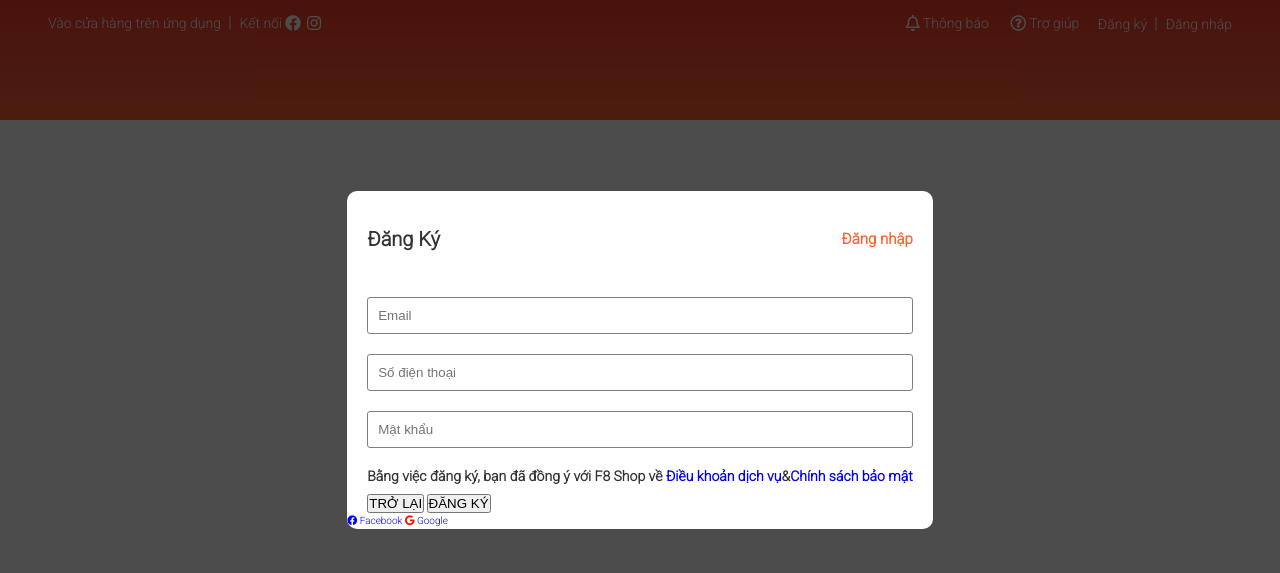
Repository: kebinh1235/Shopee-Demo
Page: index.html
An editor plug-in stored every save of this project. The page is shown before and after the next save, followed by the edit.
The browser window is 1280 px wide. The pictures show the whole page.

Above is the page before, as saved 2021-10-01 22:29:16.

### index.html
<!DOCTYPE html>
<html lang="en">

<head>
  <meta charset="UTF-8">
  <meta http-equiv="X-UA-Compatible" content="IE=edge">
  <meta name="viewport" content="width=device-width, initial-scale=1.0">
  <title>F8 Shop</title>
  <link rel="stylesheet" href="./asset/css/main.css">
  <link rel="stylesheet" href="./asset/css/base.css">
  <link rel="stylesheet" href="https://cdnjs.cloudflare.com/ajax/libs/font-awesome/5.15.4/css/all.min.css">
</head>

<body>
  <div class="app">
    <header class="header">
      <div class="grid">
        <nav class="header__navbar">
          <ul class="header__navbar-list">
            <li class="header__navbar-item header__item-separator">
              Vào cửa hàng trên ứng dụng
              <div class="header__navbar-QRCode">
                <div class="header__navbar-QRCode-img">
                  <img
                    src="https://upload.wikimedia.org/wikipedia/commons/thumb/d/d0/QR_code_for_mobile_English_Wikipedia.svg/1200px-QR_code_for_mobile_English_Wikipedia.svg.png"
                    alt="">
                </div>
                <div class="header__navbar-QRCode-social">
                  <a class="header__navbar-QRCode-link" href="#">
                    <i class="fab fa-google header__navbar-QRCode-icon-google"></i>
                    <span class="header__navbar-QRCode-title-google">Google</span>
                  </a>
                  <a class="header__navbar-QRCode-link" href="#">
                    <i class="fab fa-facebook header__navbar-QRCode-icon-facebook"></i>
                    <span class="header__navbar-QRCode-title-facebook">Facebook</span>
                  </a>
                </div>
              </div>
            </li>
            <li class="header__navbar-item">
              <span class="user__select-none">Kết nối</span>
              <a class="header__navbar-link-icon" href="#">
                <i class="fab fa-facebook header__navbar-icon"></i>
              </a>
              <a class="header__navbar-link-icon" href="#">
                <i class="fab fa-instagram header__navbar-icon"></i>
              </a>
            </li>
          </ul>
          <ul class="header__navbar-list">
            <li class="header__navbar-item">
              <a href="#" class="header__navbar-link">
                <i class="far fa-bell header__navbar-icon"></i>
                Thông báo
              </a>
              <div class="header__navbar-notification">
                <div class="header__navbar-noti-heading">
                  <h3>Thông báo nhận hàng</h3>
                </div>
                <ul class="header__navbar-noti-list">
                  <li class="header__navbar-noti-list-item header__navbar-noti-list-viewd">
                    <a class="header__navbar-noti-list-link" href="#">
                      <img src="https://www.oberlo.com/media/1603958036-new-products.jpg" alt="">
                      <div class="header_navbar-noti-content">
                        <span class="header_navbar-noti-name">Xác thực chính hãng nguồn gốc các sản phẩm Ohui</span>
                        <span class="header_navbar-noti-description">Xác thực chính hãng nguồn gốc các sản phẩm
                          Ohui</span>
                      </div>
                    </a>
                  </li>
                  <li class="header__navbar-noti-list-item header__navbar-noti-list-viewd">
                    <a class="header__navbar-noti-list-link" href="#">
                      <img src="https://www.oberlo.com/media/1603958036-new-products.jpg" alt="">
                      <div class="header_navbar-noti-content">
                        <span class="header_navbar-noti-name">Xác thực chính hãng nguồn gốc các sản phẩm Ohui</span>
                        <span class="header_navbar-noti-description">Xác thực chính hãng nguồn gốc các sản phẩm
                          Ohui</span>
                      </div>
                    </a>
                  </li>
                  <li class="header__navbar-noti-list-item">
                    <a class="header__navbar-noti-list-link" href="#">
                      <img src="https://www.oberlo.com/media/1603958036-new-products.jpg" alt="">
                      <div class="header_navbar-noti-content">
                        <span class="header_navbar-noti-name">Xác thực chính hãng nguồn gốc các sản phẩm Ohui</span>
                        <span class="header_navbar-noti-description">Xác thực chính hãng nguồn gốc các sản phẩm
                          Ohui</span>
                      </div>
                    </a>
                  </li>
                </ul>
                <div class="header__navbar-noti-footer">
                  <a class="header__navbar-noti-footer-link" href="#">Xem tất cả</a>
                </div>
              </div>
            </li>
            <li class="header__navbar-item">
              <a href="#" class="header__navbar-link">
                <i class="far fa-question-circle header__navbar-icon"></i>
                Trợ giúp
              </a>
            </li>
            <li class="header__navbar-item">
              <a href="#" class="header__navbar-link header__item-bold header__item-separator">Đăng ký</a>
            </li>
            <li class="header__navbar-item">
              <a href="#" class="header__navbar-link header__item-bold">Đăng nhập</a>
            </li>
          </ul>
        </nav>
      </div>
    </header>

    <div class="container">

    </div>

    <div class="footer">

    </div>
    <!--Modal-->
    <div class="modal">
      <div class="modal__overlay"></div>
      <div class="modal__body">
        <div class="modal__inner">
          <div class="auth__form">
            <div class="auth__form-padding">
              <div class="auth__form-header">
                  <h3 class="auth__form-heading">Đăng Ký</h3>
                  <span class="authb__form-btn-switch">Đăng nhập</span>
              </div>
              <div class="auth__form-form">
                <div class="auth__form-group">
                  <input class="auth__form-input" type="text" placeholder="Email">
                </div>
                <div class="auth__form-group">
                  <input class="auth__form-input" type="text" placeholder="Số điện thoại">
                </div>
                <div class="auth__form-group">
                  <input class="auth__form-input" type="text" placeholder="Mật khẩu">
                </div>
              </div>
              <div class="auth__form-note">
                <p class="auth_form-text">
                  Bằng việc đăng ký, bạn đã đồng ý với F8 Shop về
                  <a class="auth__form-note-link" href="#">Điều khoản dịch vụ</a>&<a class="auth__form-note-link" href="#">Chính sách bảo mật</a>
                </p>
              </div>
              <div class="auth__form-controls">
                <button class="btn">TRỞ LẠI</button>
                <button class="btn btn-primary">ĐĂNG KÝ</button>
              </div>
            </div>
            <div class="auth__form-social">
              <a href="#" class="btn btn-with-icon">
                <i class="fab fa-facebook header__navbar-QRCode-icon-facebook"></i>
                Facebook
              </a>
              <a href="#" class="btn btn-with-icon">
                <i class="fab fa-google header__navbar-QRCode-icon-google"></i>
                Google
              </a>
            </div>
          </div>
        </div>
      </div>
    </div>
  </div>
</body>

</html>

### asset/css/main.css
.header {
  height: 120px;
  background: linear-gradient(0, #fe6433, #f53e2d)
}
.header__navbar {
  display: flex;
  justify-content: space-between;
  padding: 10px 0;
}
.header__navbar-QRCode{
  background: white;
  height: 200px;
  position: absolute;
  top: 30px;
  padding: 10px;
  display: none;
  animation: fadeIn ease-out .8s;
}
.header__navbar-item:hover .header__navbar-QRCode {
  display: block;
}
.header__navbar-item:hover .header__navbar-notification {
  display: block;
}
.header__navbar-QRCode-img{
  width: 160px;
}
.header__navbar-QRCode-img img {
  width: 100%;
}
.header__navbar-QRCode-social {
  display: flex;
  align-items: center;
  justify-content: space-between;
}
.header__navbar-QRCode-social:before {
  content: '';
  position: absolute;
  top: -8px;
  left: 0;
  width: 100%;
  height: 10px;
  background: transparent;
}
.header__navbar-QRCode-link {
  font-size: 1.4rem;
  color: var(--text-color);
}
.header__navbar-QRCode-title-google:hover {
  color: #ff1100;
  transition: var(--transition-primary);
}
.header__navbar-QRCode-title-facebook:hover {
  color: blue;
  transition: var(--transition-primary);
}
.header__navbar-QRCode-icon-google {
  color: #ff1100;
}
.header__navbar-QRCode-icon-facebook {
  color: blue;
}
.header__navbar-list {
  list-style: none;
}
.header__navbar-item {
  margin: 0 8px;
  position: relative;
  min-height: 26px;
}
.header__item-separator::after {
  content: '';
  position: absolute;
  right: -10px;
  top: 50%;
  transform: translateY(-50%);
  height: 12px;
  border: 1px solid #FB9086;
}
.header__navbar-item,
.header__navbar-link {
  display: inline-block;
  font-size: 1.4rem;
  color: var(--white-color);
  text-decoration: none;
  font-weight: 300;
}
.header__navbar-item:hover,
.header__navbar-link:hover,
.header__navbar-link-icon:hover {
  cursor: pointer;
  color: rgba(255, 255, 255, 0.7);
}
.header__navbar-item,
.header__navbar-link,
.header__navbar-link-icon {
  display: inline-flex;
  align-items: center;
}
.header__navbar-link-icon {
  color: var(--white-color);
}
.header__navbar-icon {
  font-size: 1.6rem;
  margin: 0 3px;
}
.header__item-bold {
  font-weight: 500;
}
.user__select-none {
  cursor: text;
  color: var(--white-color);
}
.header__navbar-notification{
  position: absolute;
  top: 35px;
  right: 0;
  width: 404px;
  background: var(--white-color);
  display: none;
  box-shadow: rgba(0, 0, 0, 0.16) 0px 1px 4px;
  animation: growthUp ease-in .3s;
  will-change: opacity, transform, scale;
  transform-origin: calc(100% - 20px) top;
}
.header__navbar-notification:before {
  content: "";
  position: absolute;
  top: -10px;
  right: 0;
  width: 100%;
  background: transparent;
  height: 15px;
}
.header__navbar-notification:after {
  content: "";
  position: absolute;
  top: -32px;
  right: 10px;
  border: 20px solid #000;
  border-color: transparent transparent var(--white-color) transparent;
}
.header__navbar-noti-heading{
  padding: 10px;
  box-shadow: rgba(0, 0, 0, 0.16) 0px 1px 4px;
  cursor: default;
}
.header__navbar-noti-heading h3 {
  font-size: 1.6rem;
  color: var(--text-color);
}
.header__navbar-noti-list{
  list-style: none;
  box-shadow: rgba(0, 0, 0, 0.16) 0px 1px 1px;
}
.header__navbar-noti-list-item{
  padding: 8px 10px;
}
.header__navbar-noti-list-viewd{
  background: #ffe3e3;
}
.header__navbar-noti-list-item:hover{
  background: #f3c8c8;
  transition: var(--transition-primary);
}
.header__navbar-noti-list-link{
  display: inline-flex;
  align-items: center;
}
.header__navbar-noti-list-link img{
  width: 60px;
  object-fit: contain;
}
.header_navbar-noti-content{
  padding-left: 10px;
}
.header_navbar-noti-name{
  font-size: 1.4rem;
  font-weight: bold;
  color: var(--text-color);
  margin-bottom: 5px;
  line-height: 2rem;
  text-align: justify;
  display: block;
}
.header_navbar-noti-description{
  font-size: 1.3rem;
  color: var(--text-color-rgb-black);
  display: block;
}
.header__navbar-noti-footer{
  padding: 10px;
  text-align: center;
  box-shadow: rgba(0, 0, 0, 10px) 0px 1px 1px;
}
.header__navbar-noti-footer-link{
  color: var(--text-color-rgb-black);
}

/*Start Modal*/
.modal{
  position: fixed;
  /* top: 0;
  right: 0;
  bottom: 0;
  left: 0; */
  inset: 0;
  display: flex;
}
.modal__overlay{
  position: absolute;
  width: 100%;
  height: 100%;
  background: rgba(0, 0, 0, 0.7);
}
.modal__body{
  margin: auto;
  background: var(--white-color);
  overflow: hidden;
  z-index: 1;
  border-radius: 10px;
}
.modal__inner{
  padding: 0;
}
.auth__form-padding {
  padding: 0 20px;
}
.auth__form-header{
  display: flex;
  justify-content: space-between;
  align-items: center;
  padding: 40px 0;
}
.auth__form-heading{
  font-size: 2rem;
  color: var(--text-color);
  font-weight: bold;
}
.authb__form-btn-switch{
  font-size: 1.5rem;
  color: var(--primary-color);
  font-weight: bold;
}
.auth__form-group{
  padding: 10px 0;
  width: 100%;
}
.auth__form-input {
  width: 100%;
  padding: 10px;
  border-radius: 3px;
  overflow: hidden;
  border: 1px solid gray;
}
.auth__form-input:focus {
  outline: none;
}
.auth__form-note{
  font-size: 1.4rem;
  color: var(--text-color);
  font-weight: bold;
  margin: 10px 0;
}
.auth_form-text {

}
.auth__form-controls{

}
.auth__form-social{

}

/*End Modal*/

### asset/css/base.css
@import url('https://fonts.googleapis.com/css2?family=Roboto:wght@300&display=swap');
:root {
  --white-color: #fff;
  --black-color: #000;
  --primary-color: #fe6433;
  --text-color: #333;
  --text-color-rgb-black: rgba(0, 0, 0, 0.7);
  --transition-primary: all .2s linear;
  --btn-primary: linear-gradient(0, #fe6433, #f53e2d);
}

* {
  margin: 0;
  padding: 0;
  box-sizing: inherit;
  text-decoration: none;
}

html {
  font-size: 62.5%;
  line-height: 1.6rem;
  border: none;
  outline: none;
  overflow: hidden;
  box-sizing: border-box;
  font-family: 'Roboto', sans-serif;
}

.grid {
  width: 1200px;
  max-width: 100%;
  margin: 0 auto;
}

.grid__full-width {
  width: 100%;
}

.grid__row {
  display: flex;
  flex-wrap: wrap;
}

/*Animation*/
@keyframes fadeIn {
  0% {
    opacity: 0;
  }
  100% {
    opacity: 1;
  }
}

@keyframes growthUp {
  0% {
    opacity: 0;
    transform: scale(0);
  }
  100% {
    opacity: 1;
    transform: scale(1);
  }
}

After the next save:
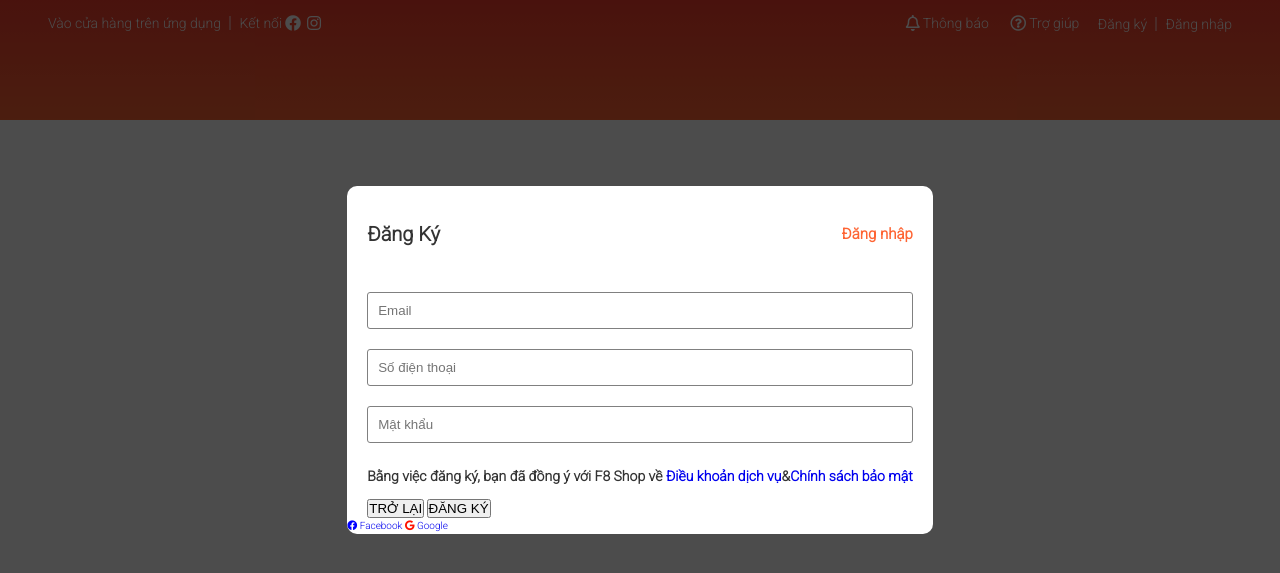
Saved 60 s later.
--- a/asset/css/main.css
+++ b/asset/css/main.css
@@ -260,7 +260,7 @@
   font-size: 1.4rem;
   color: var(--text-color);
   font-weight: bold;
-  margin: 10px 0;
+  margin: 15px 0;
 }
 .auth_form-text {
 
